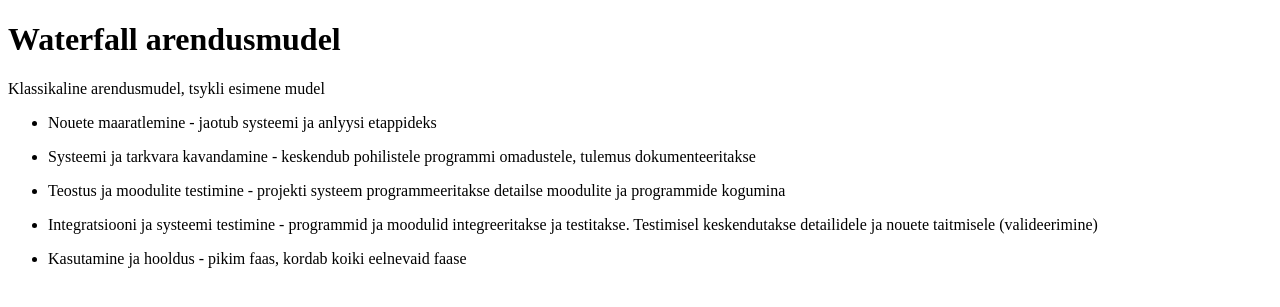
Repository: annemariv/Targe24
Page: elutsykkel/waterfall.html
The author's editor kept a copy of each file at every save. The page is drawn from the files as they stood at one save, then again after the next save.
The browser window is 1280 px wide. The pictures show the whole page.

Above is the page before, as saved 2024-11-06 18:48:32.

### elutsykkel/waterfall.html
<!DOCTYPE html>
<html lang="en">
<head>
    <meta charset="UTF-8">
    <meta name="viewport" content="width=device-width, initial-scale=1.0">
    <title>Waterfall arendusmudel</title>
</head>
<body>
    <p>
        <!--pealkiri-->
        <!--kirjeldus oma sonadega-->
        <!--etappide tapsem kirjeldus-->
        <!--visuaalne joonis-->
        <!--tabel, mis loetleb head ja vead ()-->
    </p>
    <h1>Waterfall arendusmudel</h1>
    <p>Klassikaline arendusmudel, tsykli esimene mudel</p>
    <ul>
        <li>
            <p>Nouete maaratlemine - jaotub systeemi ja anlyysi etappideks</p>
        </li>
        <li>
            <p>Systeemi ja tarkvara kavandamine - keskendub pohilistele programmi omadustele, tulemus dokumenteeritakse</p>
        </li>
        <li>
            <p>Teostus ja moodulite testimine - projekti systeem programmeeritakse detailse moodulite ja programmide kogumina</p>
        </li>
        <li>
            <p>Integratsiooni ja systeemi testimine - programmid ja moodulid integreeritakse ja testitakse. Testimisel keskendutakse detailidele ja nouete taitmisele (valideerimine)</p>
        </li>
        <li>
            <p>Kasutamine ja hooldus - pikim faas, kordab koiki eelnevaid faase</p>
        </li>
    </ul>
</body>
</html>

After the next save:
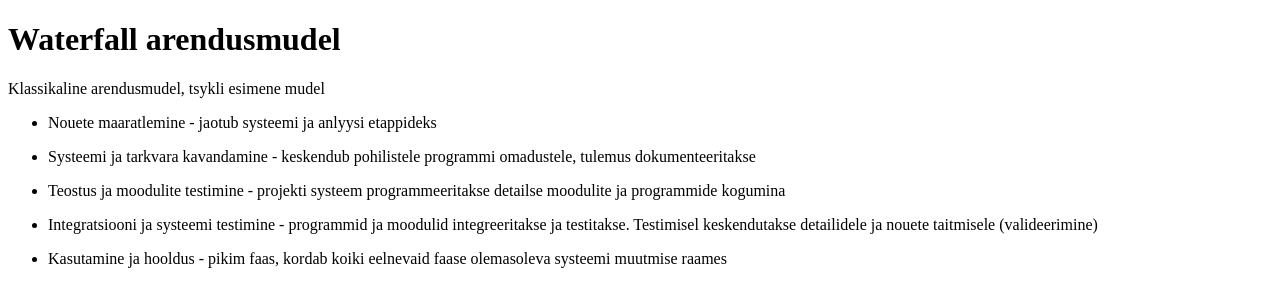
Saved 10 s later.
--- a/elutsykkel/waterfall.html
+++ b/elutsykkel/waterfall.html
@@ -29,7 +29,7 @@
             <p>Integratsiooni ja systeemi testimine - programmid ja moodulid integreeritakse ja testitakse. Testimisel keskendutakse detailidele ja nouete taitmisele (valideerimine)</p>
         </li>
         <li>
-            <p>Kasutamine ja hooldus - pikim faas, kordab koiki eelnevaid faase</p>
+            <p>Kasutamine ja hooldus - pikim faas, kordab koiki eelnevaid faase olemasoleva systeemi muutmise raames</p>
         </li>
     </ul>
 </body>
